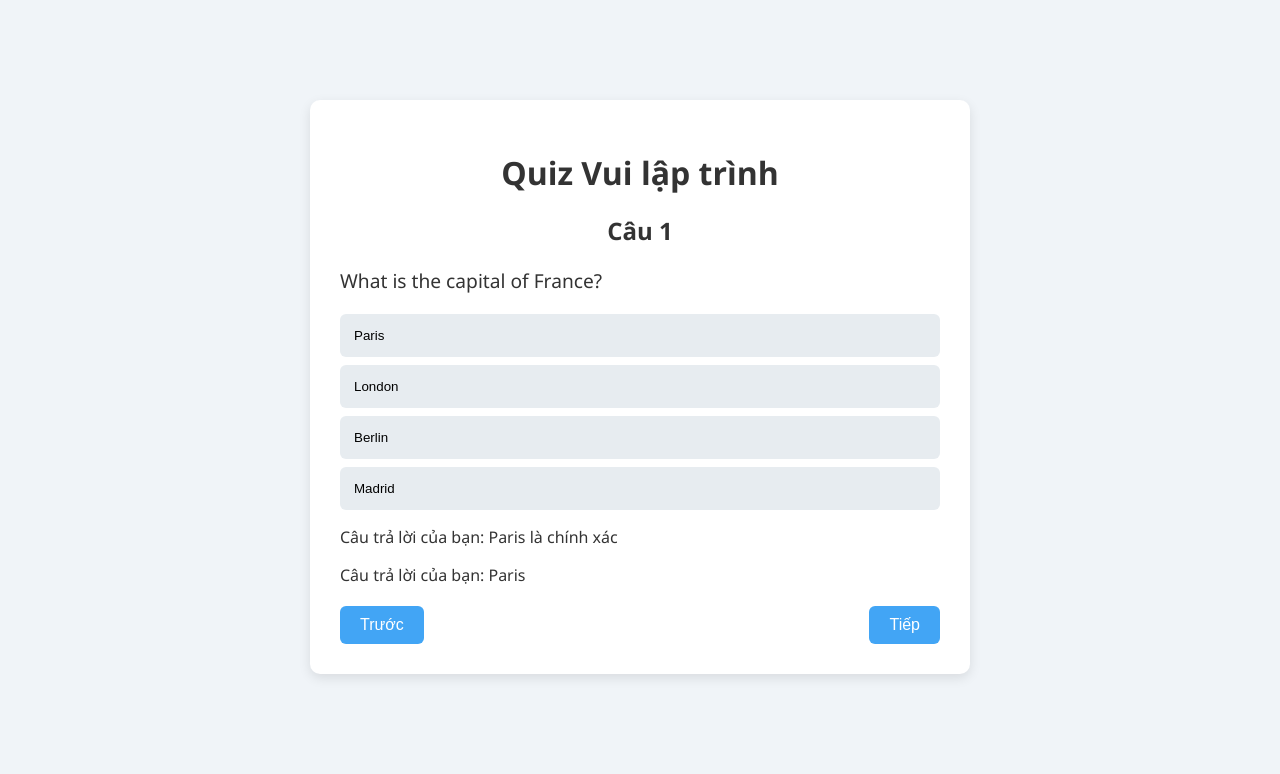
Repository: HuynhPPP/Quiz_App
Page: /, after clicking the first element matching `button.option`
The author's editor kept a copy of each file at every save. The page is drawn from the files as they stood at one save, then again after the next save.
The browser window is 1280 px wide. The pictures show the whole page.
The project was rebuilt for these pictures with package versions that can differ from the ones it lists, and the page was loaded fresh each time. Also part of the build but not shown: vite.config.js.

Above is the page before, as saved 2025-09-26 14:41:01.

After the next save:
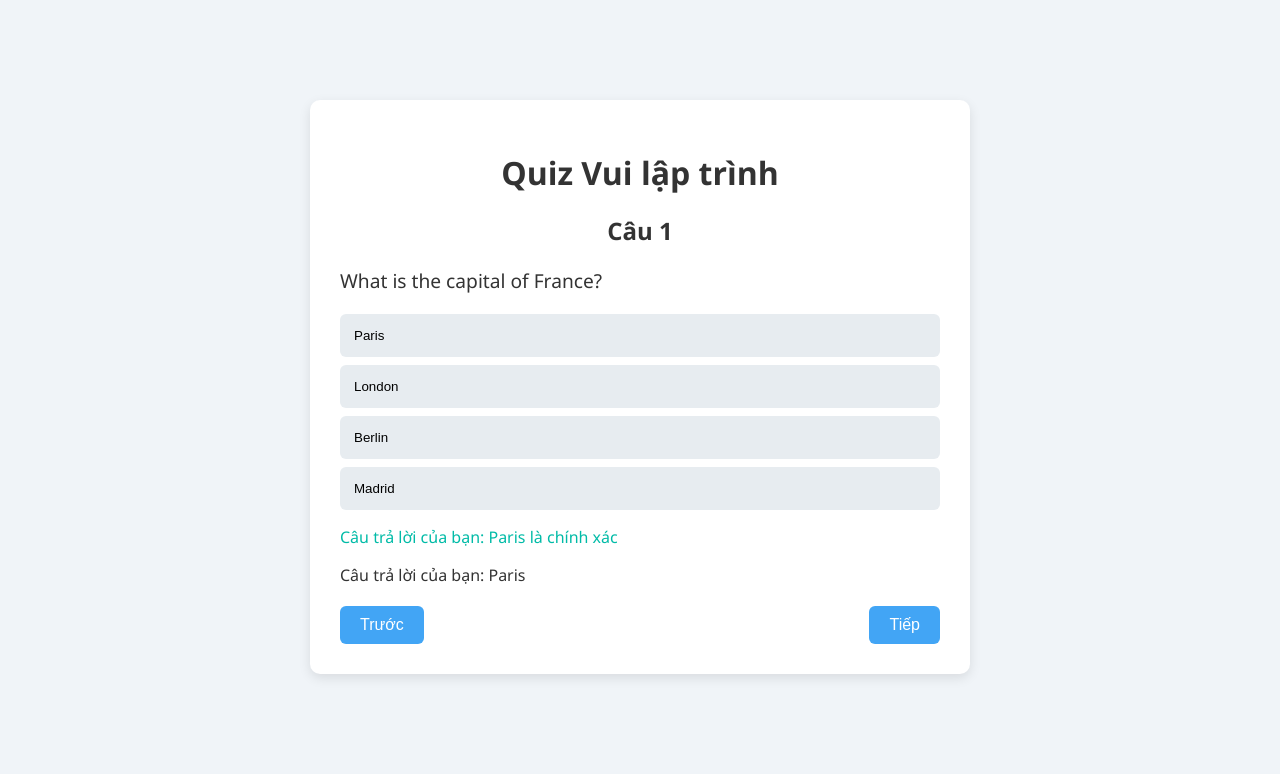
Saved 25 s later.
--- a/src/components/Quiz.jsx
+++ b/src/components/Quiz.jsx
@@ -52,11 +52,11 @@ const Quiz = () => {
 
             {
                 optionSelected === quizData[0].answer && (
-                    <p>Câu trả lời của bạn: {optionSelected} là chính xác</p>
+                    <p className='correct-answer'>Câu trả lời của bạn: {optionSelected} là chính xác</p>
                 )}
                 {
                     optionSelected !== quizData[0].answer && (
-                    <p>Câu trả lời của bạn: {optionSelected} chưa chính xác</p>
+                    <p className='incorrect-answer'>Câu trả lời của bạn: {optionSelected} chưa chính xác</p>
                 )
             }
 
